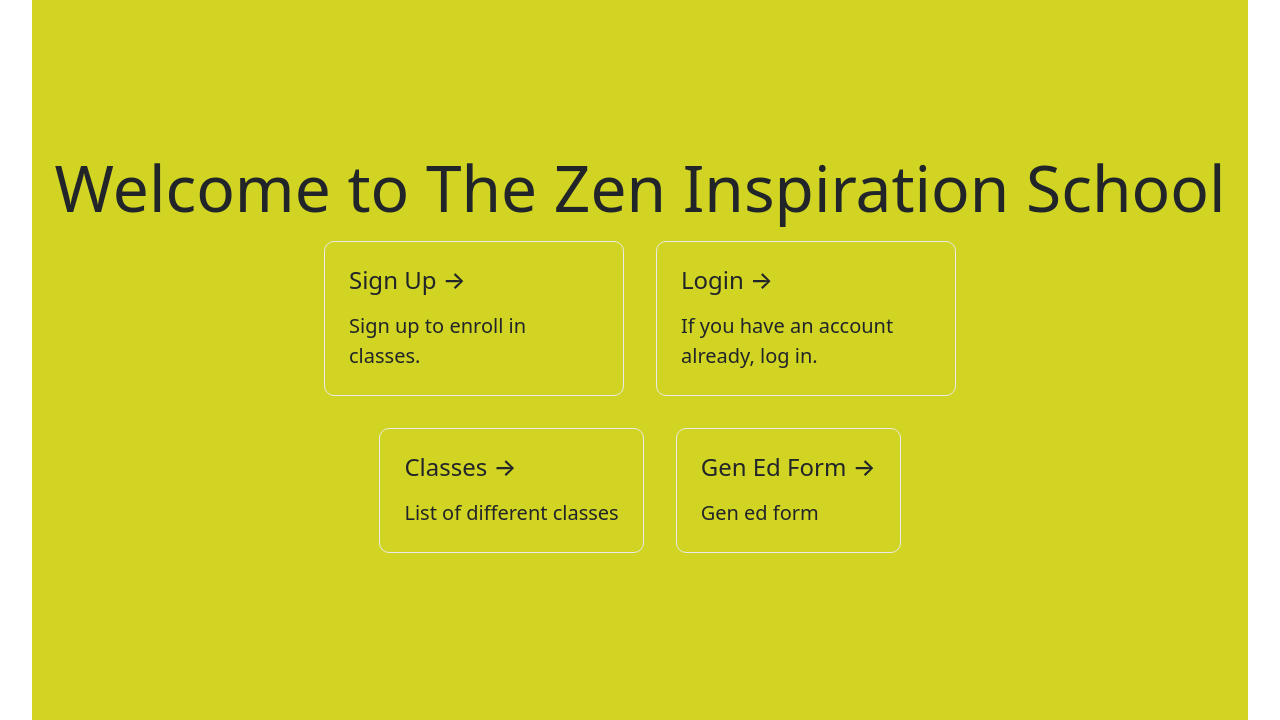
Repository: collegedude9300/zenschool
Page: /
The author's editor kept a copy of each file at every save. The page is drawn from the files as they stood at one save, then again after the next save.
The browser window is 1280 px wide. The pictures show the whole page.
The project was rebuilt for these pictures with package versions that can differ from the ones it lists, and the page was loaded fresh each time. The framework's server and built-in components were replaced by stand-ins that run in the browser. Also part of the build but not shown: next.config.js.

Above is the page before, as saved 2022-10-26 10:43:15.

### pages/index.js
import Head from 'next/head'
import Image from 'next/image'
import styles from '../styles/Home.module.css'
import 'bootstrap/dist/css/bootstrap.css'

export default function Home() {
  return (
    <div className={styles.container}>
      <Head>
        <title>Create Next App</title>
        <meta name="description" content="Generated by create next app" />
        <link rel="icon" href="/favicon.ico" />
      </Head>

      <main className={styles.main}>
        <h1 className={styles.title}>
          Welcome to The Zen Inspiration School
        </h1>
        <div className={styles.grid}>
          <a href="/SignUp" className={styles.card}>
            <h2>Sign Up &rarr;</h2>
            <p>Sign up to enroll in classes.</p>
          </a>
          <a href="/Login" className={styles.card}>
            <h2>Login &rarr;</h2>
            <p>If you have an account already, log in.</p>
            </a>
            <a href="/Classes" className={styles.card}>
            <h2>Classes &rarr;</h2>
            <p>List of different classes</p>
            </a>
            <a href="/GenEd" className={styles.card}>
            <h2>Gen Ed Form &rarr;</h2>
            <p>Gen ed form</p>
            </a>
        </div>
      </main>
    </div>
  )
}

### styles/Home.module.css
.container {
  padding: 0 2rem;
}

.main {
  min-height: 100vh;
  padding: 4rem 0;
  flex: 1;
  display: flex;
  flex-direction: column;
  justify-content: center;
  align-items: center;
  background-color: #d1d422;
}

.footer {
  display: flex;
  flex: 1;
  padding: 2rem 0;
  border-top: 1px solid #eaeaea;
  justify-content: center;
  align-items: center;
}

.footer a {
  display: flex;
  justify-content: center;
  align-items: center;
  flex-grow: 1;
}

.title a {
  color: #0070f3;
  text-decoration: none;
}

.title a:hover,
.title a:focus,
.title a:active {
  text-decoration: underline;
}

.title {
  margin: 0;
  line-height: 1.15;
  font-size: 4rem;
}

.title,
.description {
  text-align: center;
}

.description {
  margin: 4rem 0;
  line-height: 1.5;
  font-size: 1.5rem;
}

.code {
  background: #fafafa;
  border-radius: 5px;
  padding: 0.75rem;
  font-size: 1.1rem;
  font-family: Menlo, Monaco, Lucida Console, Liberation Mono, DejaVu Sans Mono,
    Bitstream Vera Sans Mono, Courier New, monospace;
}

.grid {
  display: flex;
  align-items: center;
  justify-content: center;
  flex-wrap: wrap;
  max-width: 800px;
}

.card {
  margin: 1rem;
  padding: 1.5rem;
  text-align: left;
  color: inherit;
  text-decoration: none;
  border: 1px solid #eaeaea;
  border-radius: 10px;
  transition: color 0.15s ease, border-color 0.15s ease;
  max-width: 300px;
}

.card:hover,
.card:focus,
.card:active {
  color: #0070f3;
  border-color: #0070f3;
}

.card h2 {
  margin: 0 0 1rem 0;
  font-size: 1.5rem;
}

.card p {
  margin: 0;
  font-size: 1.25rem;
  line-height: 1.5;
}

.logo {
  height: 1em;
  margin-left: 0.5rem;
}

@media (max-width: 600px) {
  .grid {
    width: 100%;
    flex-direction: column;
  }
}

@media (prefers-color-scheme: dark) {
  .card,
  .footer {
    border-color: #222;
  }
  .code {
    background: #111;
  }
  .logo img {
    filter: invert(1);
  }
}

Loaded but not shown: pages/_app.js (common file); styles/globals.css (common file)

After the next save:
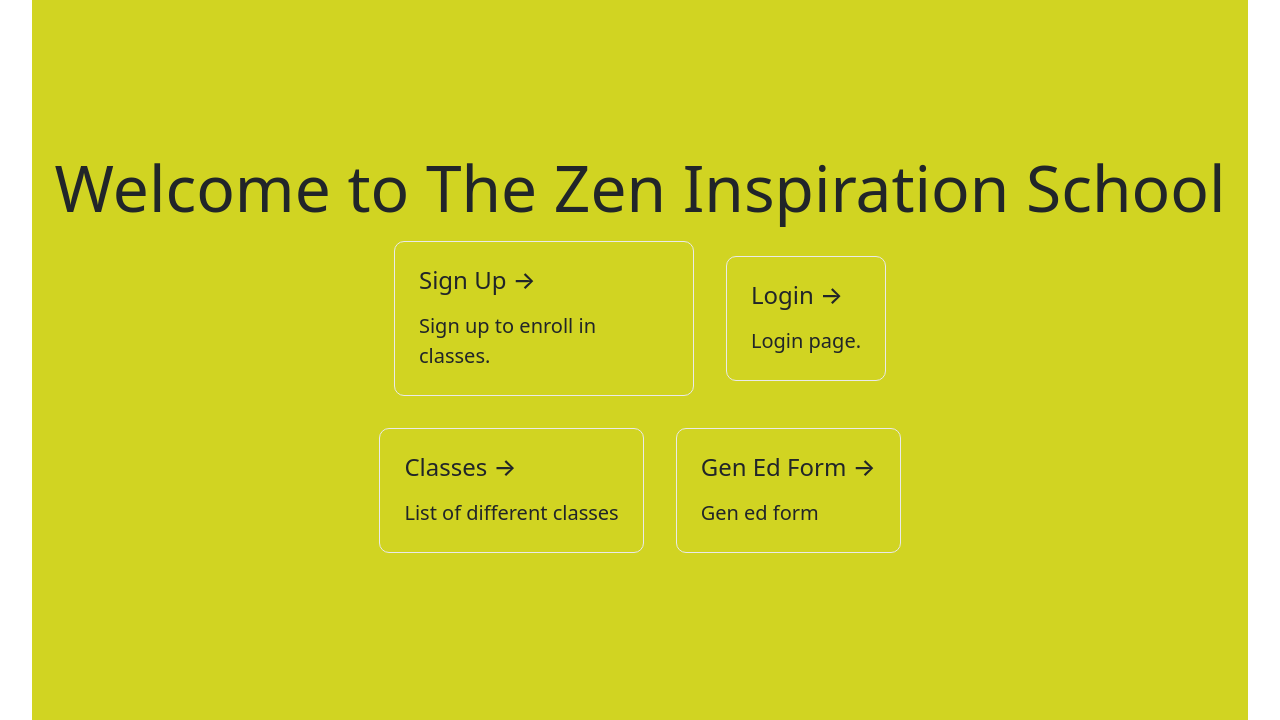
Saved 34 s later.
--- a/pages/index.js
+++ b/pages/index.js
@@ -23,7 +23,7 @@
           </a>
           <a href="/Login" className={styles.card}>
             <h2>Login &rarr;</h2>
-            <p>If you have an account already, log in.</p>
+            <p>Login page.</p>
             </a>
             <a href="/Classes" className={styles.card}>
             <h2>Classes &rarr;</h2>

After the save that followed:
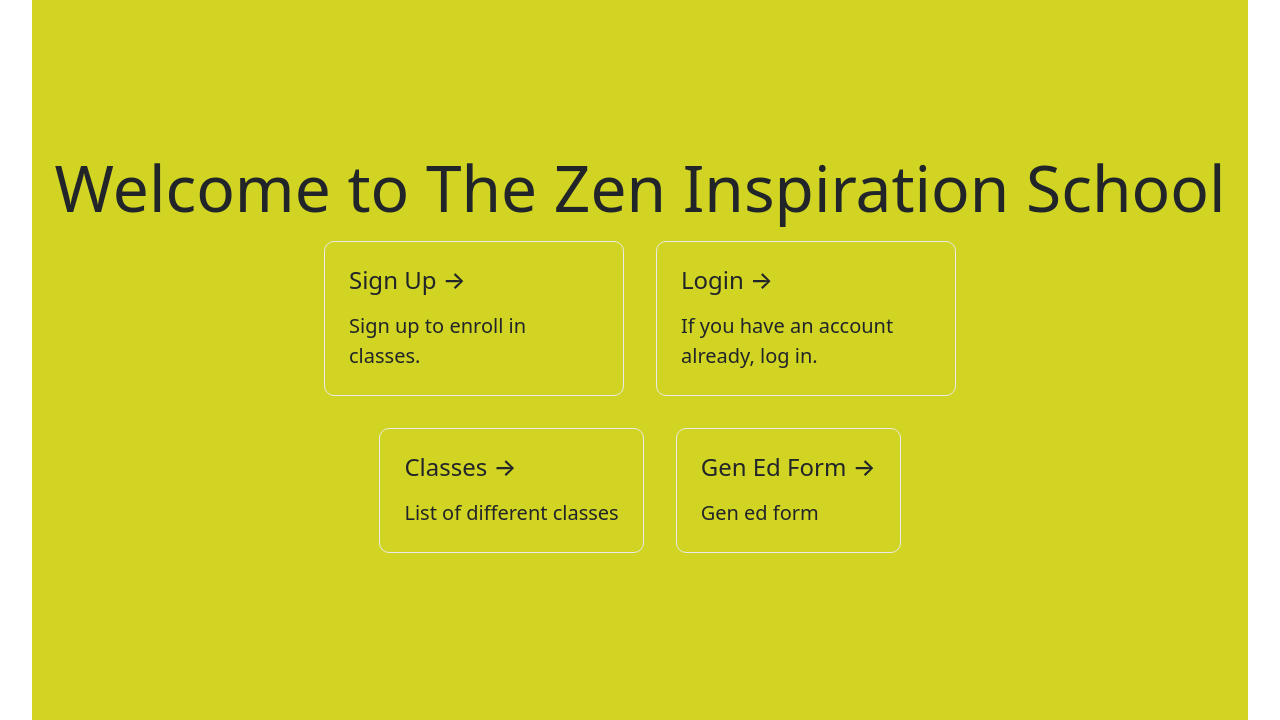
Saved 10 s later.
--- a/pages/index.js
+++ b/pages/index.js
@@ -23,7 +23,7 @@
           </a>
           <a href="/Login" className={styles.card}>
             <h2>Login &rarr;</h2>
-            <p>Login page.</p>
+            <p>If you have an account already, log in.</p>
             </a>
             <a href="/Classes" className={styles.card}>
             <h2>Classes &rarr;</h2>
